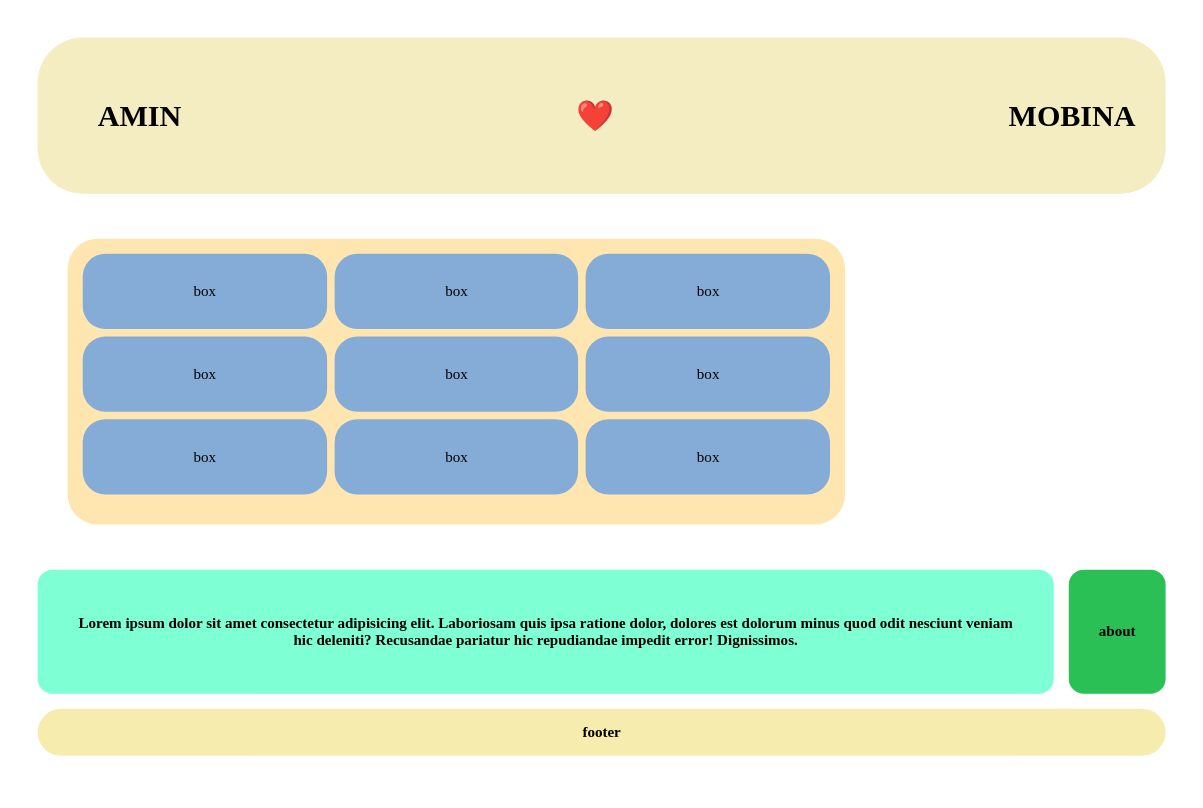
Repository: aminsheikhan/amins-github
Page: ui1.html
An editor plug-in stored every save of this project. The page is shown before and after a run of saves, followed by the edit.
The browser window is 1280 px wide. The pictures show the whole page, at 94% of full size.

Above is the page before, as saved 2026-01-07 18:07:37.

After the next 4 saves:
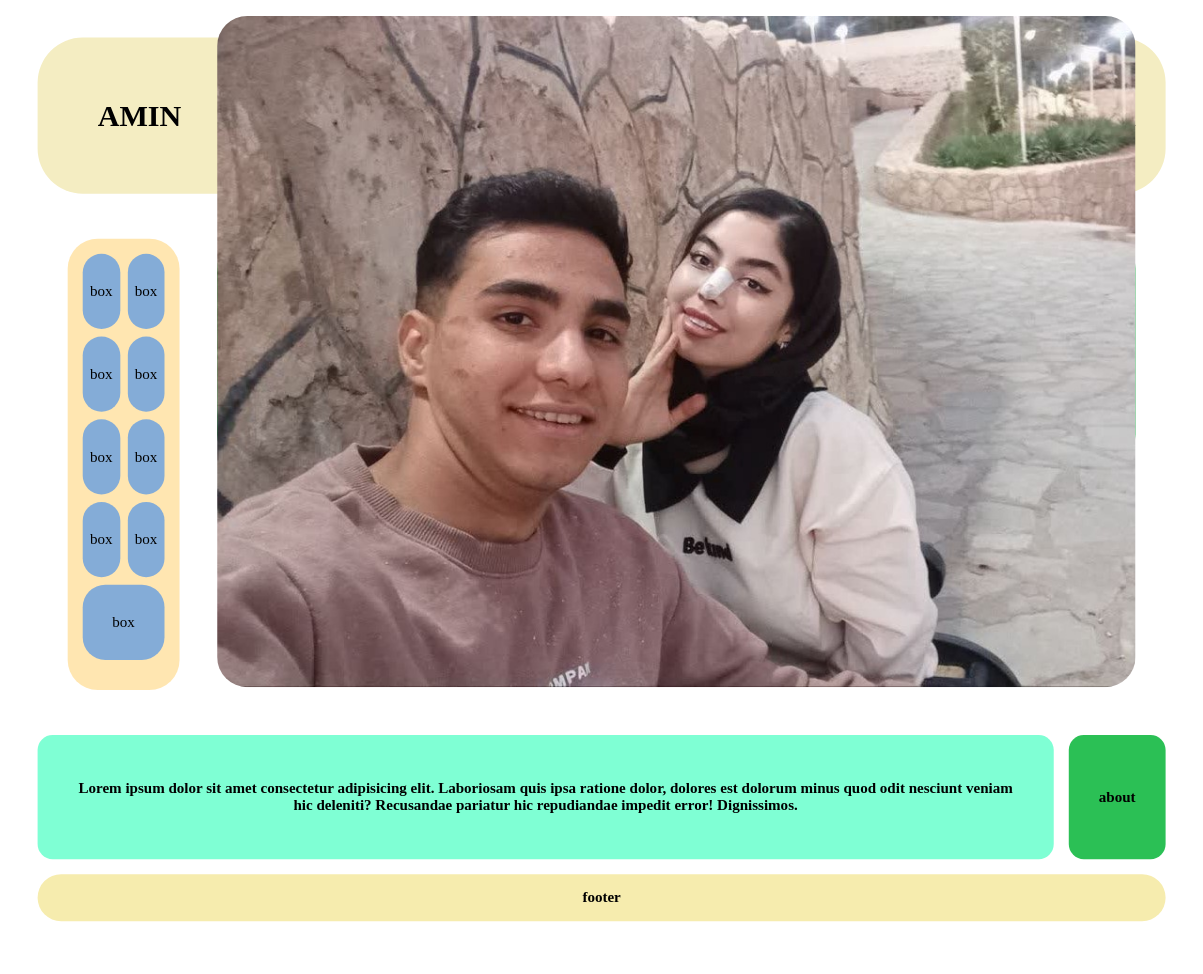
The 4 saves are shown as one change because they came seconds apart.
The last was saved 12 s later.
--- a/ui1.css
+++ b/ui1.css
@@ -52,7 +52,7 @@ body{
     font-size: 1rem;
     font-weight: bold;
     border-radius: 2rem;
-    max-width: 0rem;
+    max-width: ;
     max-height: 15rem;
 }
 
